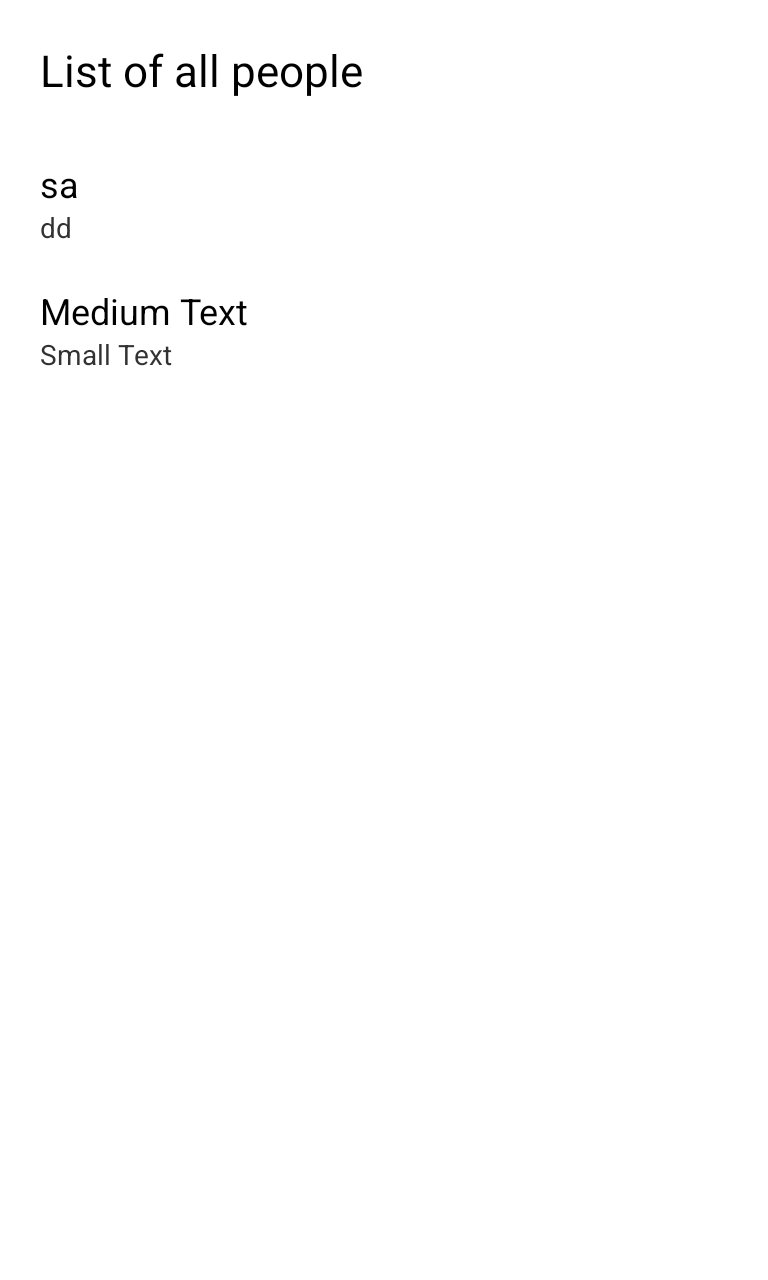
Repository: SimonIsMe/workspace_android
Layout: Lista5/res/layout/activity_list_of_people.xml
The author's editor kept a copy of each file at every save. The layout is drawn from the files as they stood at one save, then again after the next save.
It is drawn on a 768 x 1280 px phone screen (xhdpi) without system bars, with theme AppTheme; the app's code is not run.

Above is the layout before, as saved 2012-12-10 13:09:48.

After the next save:
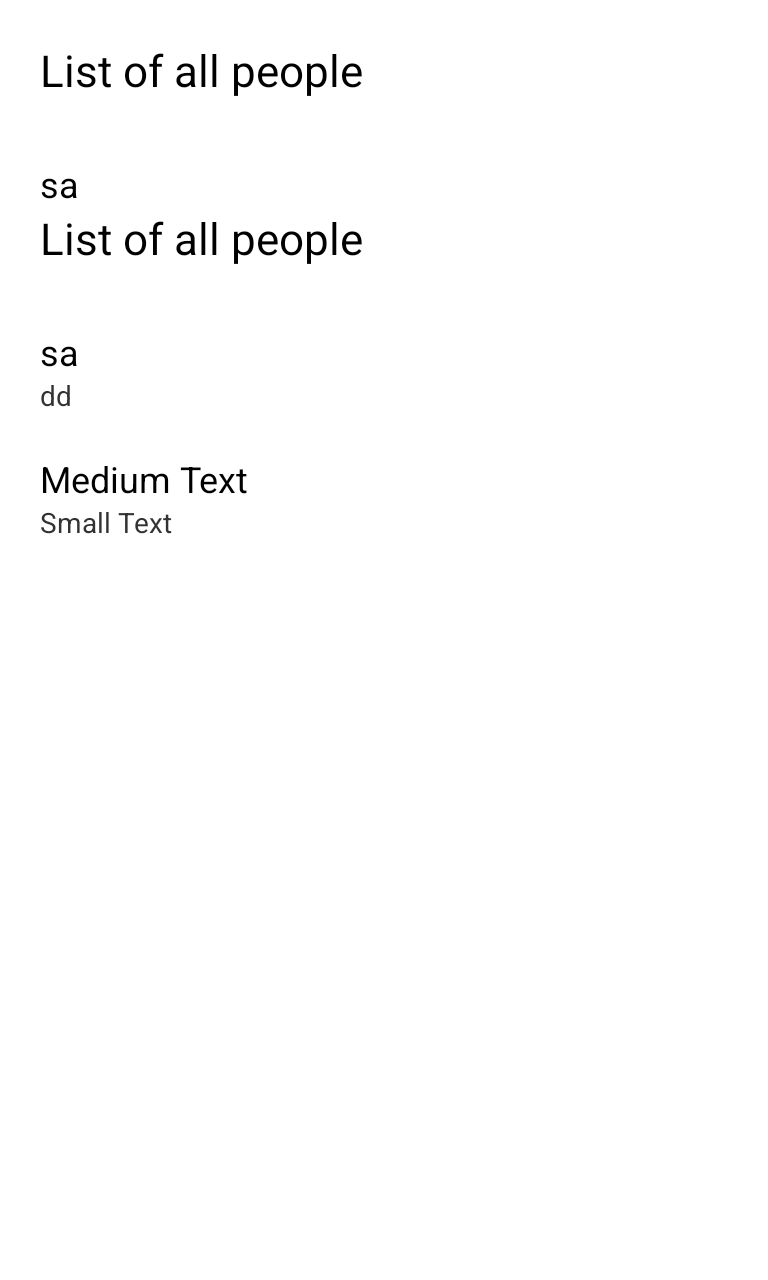
Saved 3 min 36 s later.
--- a/Lista5/res/layout/activity_list_of_people.xml
+++ b/Lista5/res/layout/activity_list_of_people.xml
@@ -9,6 +9,35 @@
         android:layout_alignParentLeft="true"
         android:layout_alignParentTop="true"
         android:layout_margin="20dp" >
+
+        <TableRow
+            android:id="@+id/tableRow1"
+            android:layout_width="fill_parent"
+            android:layout_height="wrap_content" >
+
+            <TextView
+                android:id="@+id/textView1"
+                android:layout_width="fill_parent"
+                android:layout_height="wrap_content"
+                android:layout_marginBottom="30dp"
+                android:layout_weight="1"
+                android:text="List of all people"
+                android:textAppearance="?android:attr/textAppearanceLarge" />
+        </TableRow>
+
+        <TableRow
+            android:id="@+id/tableRow2"
+            android:layout_width="fill_parent"
+            android:layout_height="wrap_content" >
+
+            <TextView
+                android:id="@+id/fullName1"
+                android:layout_width="fill_parent"
+                android:layout_height="wrap_content"
+                android:layout_weight="1"
+                android:text="sa"
+                android:textAppearance="?android:attr/textAppearanceMedium" />
+        </TableRow>
 
         <TableRow
             android:id="@+id/tableRow1"

After the 2 saves that followed:
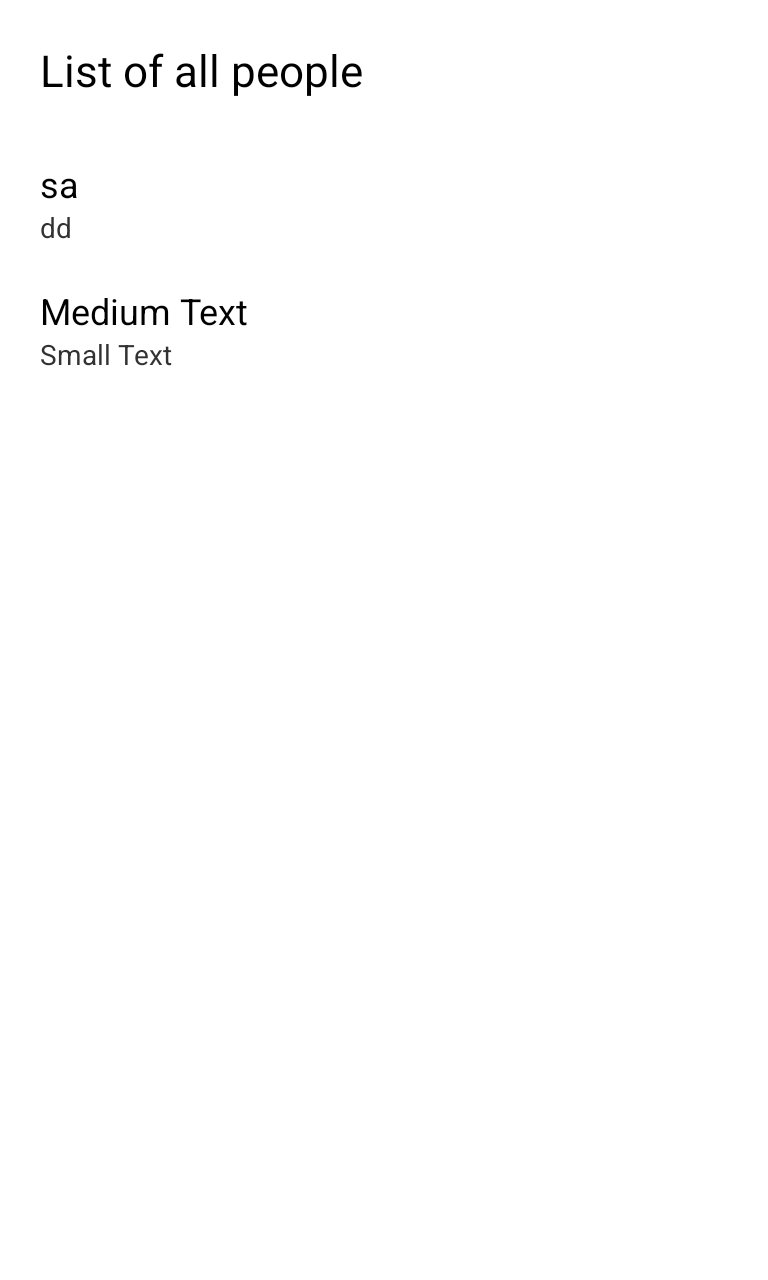
The 2 saves are shown as one change because 1 left the picture as it was.
The last was saved 30 s later.
--- a/Lista5/res/layout/activity_list_of_people.xml
+++ b/Lista5/res/layout/activity_list_of_people.xml
@@ -10,34 +10,7 @@
         android:layout_alignParentTop="true"
         android:layout_margin="20dp" >
 
-        <TableRow
-            android:id="@+id/tableRow1"
-            android:layout_width="fill_parent"
-            android:layout_height="wrap_content" >
 
-            <TextView
-                android:id="@+id/textView1"
-                android:layout_width="fill_parent"
-                android:layout_height="wrap_content"
-                android:layout_marginBottom="30dp"
-                android:layout_weight="1"
-                android:text="List of all people"
-                android:textAppearance="?android:attr/textAppearanceLarge" />
-        </TableRow>
-
-        <TableRow
-            android:id="@+id/tableRow2"
-            android:layout_width="fill_parent"
-            android:layout_height="wrap_content" >
-
-            <TextView
-                android:id="@+id/fullName1"
-                android:layout_width="fill_parent"
-                android:layout_height="wrap_content"
-                android:layout_weight="1"
-                android:text="sa"
-                android:textAppearance="?android:attr/textAppearanceMedium" />
-        </TableRow>
 
         <TableRow
             android:id="@+id/tableRow1"
